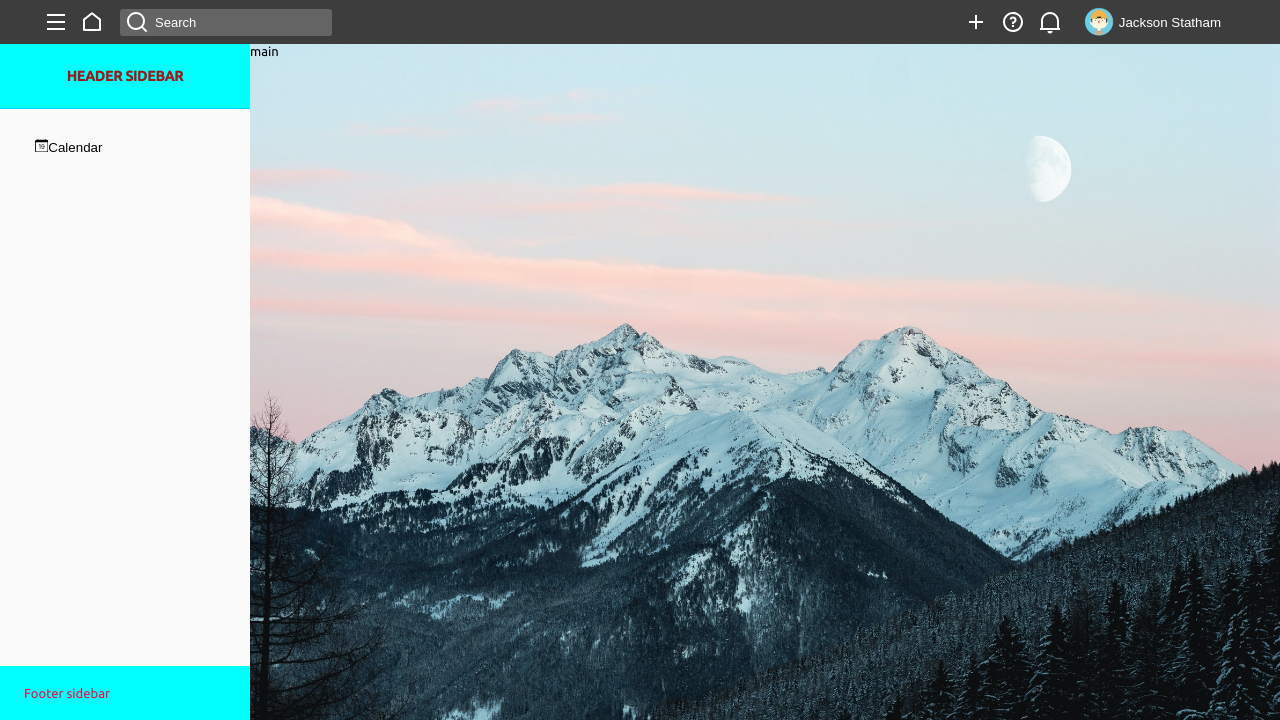
Repository: huuthe1999/to-do-list
Page: /
The author's editor kept a copy of each file at every save. The page is drawn from the files as they stood at one save, then again after the next save.
The browser window is 1280 px wide. The pictures show the whole page.
The project was rebuilt for these pictures with package versions that can differ from the ones it lists, and the page was loaded fresh each time. Also part of the build but not shown: src/components/form/addForm/addForm.scss, src/components/form/addForm/AddForm.js, src/components/modal/modal.scss, src/components/modal/Modal.js.

Above is the page before, as saved 2022-02-17 10:47:30.

After the next save:
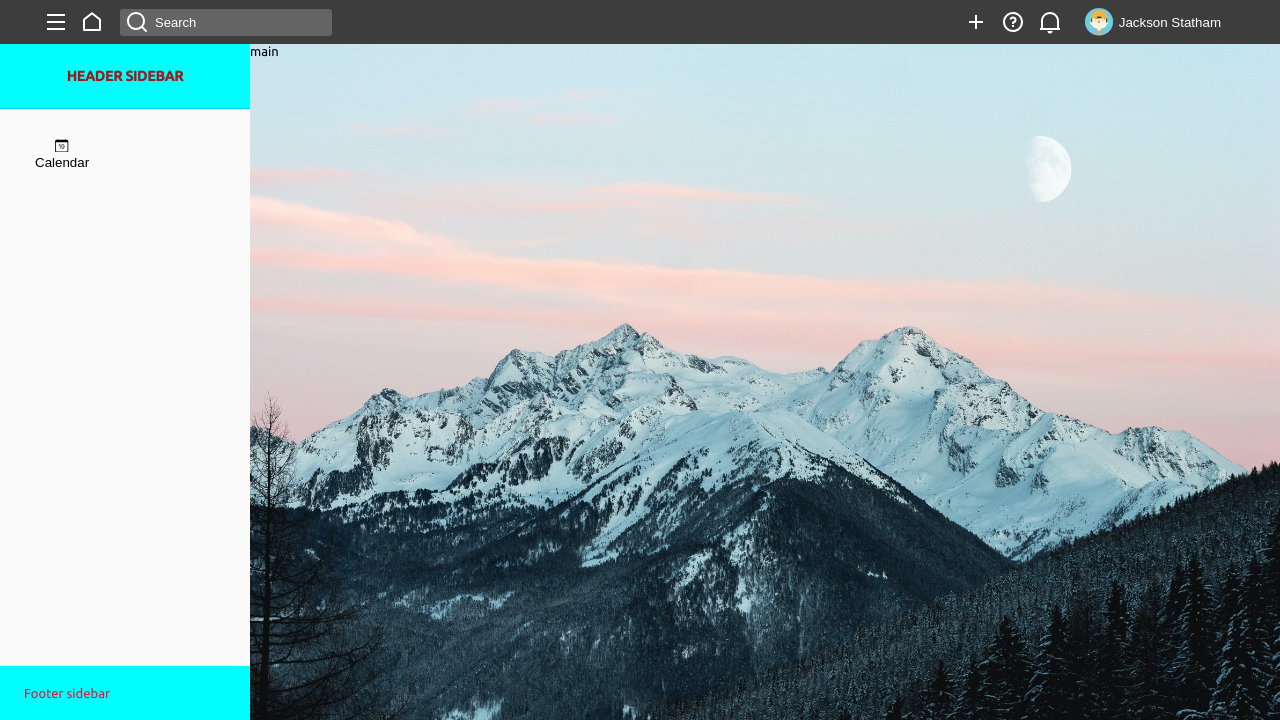
Saved 13 s later.
--- a/src/components/calendar/Calendar.js
+++ b/src/components/calendar/Calendar.js
@@ -6,7 +6,7 @@ const Calendar = () => {
 			<div className='calendar__header'>
 				<button className='calendar__header-title'>
 					<BsCalendarDate />
-					Calendar
+					<p>Calendar</p>
 				</button>
 				<div className='calendar__header-expand'></div>
 			</div>
